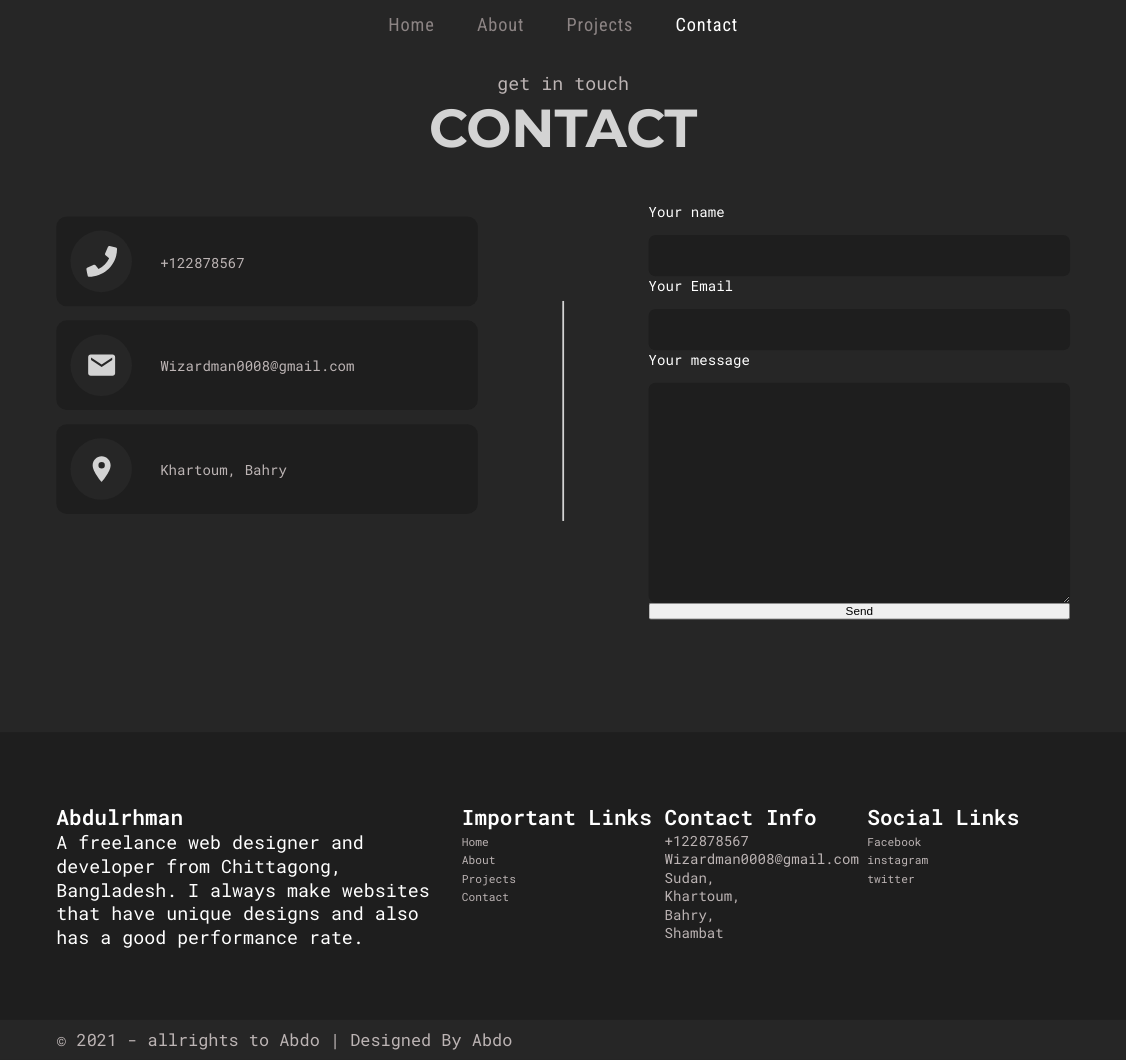
Repository: Abdoulrhman-altyeb/React-Typescript
Page: /contact
An editor plug-in stored every save of this project. The page is shown before and after the next save, followed by the edit.
The browser window is 1280 px wide. The pictures show the whole page, at 88% of full size.
The project was rebuilt for these pictures with package versions that can differ from the ones it lists, and the page was loaded fresh each time. Also part of the build but not shown: src/components/Button.tsx, src/components/ContactButton.tsx, src/components/HeroSection.tsx, src/components/AboutSection.tsx, src/assits/data/Services.ts, src/components/ServiceItems.tsx, src/components/ServicesSection.tsx, src/components/ProjectsSection.tsx and 3 more.

Above is the page before, as saved 2021-05-20 17:57:32.

### public/index.html
<!DOCTYPE html>
<html lang="en">

<head>
  <meta charset="utf-8" />
  <meta name="viewport" content="width=device-width, initial-scale=1" />
  <meta name="theme-color" content="#000000" />
  <meta name="description" content="IT Guys Community" />
  <link rel="preconnect" href="https://fonts.gstatic.com">
  <link href="https://fonts.googleapis.com/css2?family=Roboto:wght@300;400;500;700&display=swap" rel="stylesheet">
  <link rel="preconnect" href="https://fonts.gstatic.com">
<link href="https://fonts.googleapis.com/css2?family=Montserrat:wght@200;300;400;500;700&display=swap" rel="stylesheet">
<link rel="preconnect" href="https://fonts.gstatic.com">
<link href="https://fonts.googleapis.com/css2?family=Roboto+Mono:wght@200;300;400;500;600&display=swap" rel="stylesheet">
<link rel="preconnect" href="https://fonts.gstatic.com">
<link href="https://fonts.googleapis.com/css2?family=Roboto+Condensed:wght@400;700&display=swap" rel="stylesheet">
  <title>App Lab</title>
</head>

<body>
  <noscript>You need to enable JavaScript to run this app.</noscript>
  <div id="root"></div>
</body>

</html>

### src/index.tsx
import ReactDOM from "react-dom";
import App from "./App";
import './assits/styles/style.css'

ReactDOM.render(<App/>,document.getElementById("root"));

### src/App.tsx
import React from "react";
import NavBar from './components/NavBar';
import { BrowserRouter as Router, Route, Switch } from 'react-router-dom'
import Home from "./Pages/Home";
import Contact from "./Pages/Contact";
import About from "./Pages/About";
import Projects from "./Pages/Projects";


const App: React.FC = () => {



  return (
    <>
      <Router>
        <NavBar />
        <Switch>
          <Route  path='/' exact>
            <Home />
          </Route>
          <Route path="/contact">
            <Contact />
          </Route>
          <Route path='/about'>
            <About />
          </Route>
          <Route path='/projects'>
              <Projects/>
          </Route>
        </Switch>
      </Router>
    </>
  )
}

export default App;

### src/assits/styles/style.css
* {
    padding:0;
    margin:0;
    box-sizing:border-box;
    scroll-behavior: auto;
}

body {
    background:#262626;
    color:white;
    font-family: 'Roboto Mono', monospace;
}
::-webkit-scrollbar-track {
    background: #1E1E1E;
}
::-webkit-scrollbar {
    width: 8px;
}
::-webkit-scrollbar-thumb {
    background: #888;
    border-radius: 20px;
}




img,svg{
    width: 100%;
    height:100%;
    object-fit: cover;
}
.container {
    width:90%;
    max-width:1200px;
    margin: 0 auto;
}

.hero__img {
    height:600px;
}
ul {
    list-style: none;
}
p, h1, span,h3,a {
    color:#BCB4B4
}
a {
    text-decoration: none;
    font-size:0.8rem;
}

### src/components/NavBar.tsx
import React,{useState} from 'react';
import styled from 'styled-components';
import { NavLink } from 'react-router-dom';
import { BiMenu, BiX } from 'react-icons/bi';


const NavBar: React.FC = () => {

    const [isActive, setIsActive] = useState<boolean>(false);

    return (
        <NavBarContainer>
            <div className="hamburgerMenu"
                onClick={() => setIsActive(!isActive)}
                role='button'
                tabIndex={0}
                onKeyDown={() => setIsActive(!isActive)}
            >
                <BiMenu/>
            </div>
            <ul className={isActive ? 'ListItems' : 'ListItems hide-items'}>
                <div className='closeMenu'
                    onClick={() => setIsActive(!isActive)}
                    role='button'
                    tabIndex={0}
                    onKeyDown={() => setIsActive(!isActive)}
                >
                    <BiX/>
                </div>
                <li>
                    <NavLink to='/' exact>
                     Home
                    </NavLink>
                </li>
                <li>
                    <NavLink to="/about">
                        About
                    </NavLink>
                </li>
                <li>
                    <NavLink to='projects'>
                        Projects
                    </NavLink>
                </li>
                <li>
                    <NavLink to='contact'>
                        Contact
                    </NavLink>
                </li>
            </ul>
        </NavBarContainer>
    )
}

const NavBarContainer = styled.nav`
    position: fixed;
    z-index:100;
    top:0;
    left:0;
    background-color:#262626;
    font-family: 'Roboto Condensed', sans-serif;
    width:100%;
    ul {
        width:90%;
        max-width:1200px;
        justify-content:center;
        text-align:center;
        margin:0 auto;
        border-radius:12px;
    }
    li {
        display:inline-block;
        cursor:pointer;
    }
    a {
        display:inline-block;
        padding:1rem 1.5rem;
        font-size:1.3rem;
        color:#8c8484;
        letter-spacing: 1px;
        transition:0.3s ease color;
        /* &:hover {
            color:#726f6f;
        } */
    }
    .active {
        color:white;
    }

    .hamburgerMenu {
        font-size:2rem;
        position:absolute;
        top:1rem;
        right:1rem;
        color:white;
        display:none;
        * {
            pointer-events:none;
        }
    }
    .closeMenu{
        display:none;
    }
    @media only screen and (max-width:768px) {
        .hide-items{
            transform: translateY(calc(-100% - 1rem))
        }
        .hamburgerMenu{
            display:block;
        }
        .ListItems {
            width:80%;
            max-width:230px;
            position:absolute;
            top:1rem;
            right:1rem;
            background:#1E1E1E;
            padding:1rem;
            transition: 0.3s ease transform;

            .closeMenu {
                color:white;
                font-size:1.5rem;
                width:1rem;
                margin: 0 0 0 auto;
                cursor: pointer;
                display:block;
                *{
                    pointer-events:none;
                }
            }
        }
        li {
            display:block;
            margin-bottom:1rem;
        }
        a {
            /* padding:1rem; */
            padding:0.2rem;
            outline:none;
        }
    }
`;



export default NavBar;

### src/Pages/Contact.tsx
import React from 'react';
import ContactSection from '../components/ContactSecion';
import FooterSection from '../components/FooterSection';

const Contact: React.FC = () => {
    return (
        <>
            <ContactSection/>
            <FooterSection/>
        </>
    )
}

export default Contact;

### src/components/FooterSection.tsx
import React from 'react';
import styled from 'styled-components';
import PaText from './PaText';
import { Link } from 'react-router-dom';

const FooterSection: React.FC = () => {
    return (
        <>
            <StyledDiv>
                <div className="container">
                    <div className="info">
                        <h2>Abdulrhman</h2>
                        <PaText>
                            A freelance web designer and developer from Chittagong,
                            Bangladesh. I always make websites that have unique designs
                            and also has a good performance rate.
                        </PaText>
                    </div>
                    <div className="pages">
                        <h2>Important Links</h2>
                        <ul>
                            <li>
                                <Link to="/">Home</Link>
                            </li>
                            <li>
                                <Link to="/">About</Link>
                            </li>
                            <li>
                                <Link to="/">Projects</Link>
                            </li>
                            <li>
                                <Link to="/">Contact</Link>
                            </li>
                        </ul>
                    </div>
                    <div className="contact_info">
                        <h2>Contact Info</h2>
                        <ul>
                            <li><p>+122878567</p></li>
                            <li><p>Wizardman0008@gmail.com</p></li>
                            <li><p>Sudan,<br></br>Khartoum,<br></br>Bahry,<br></br>Shambat</p></li>
                        </ul>
                    </div>
                    <div className="social_Links">
                        <h2>Social Links</h2>
                        <ul>
                            <li><a href="https://facebook.com" rel='noreferrer'>Facebook</a></li>
                        </ul>
                        <ul>
                            <li><a href="https://instagram.com" rel='noreferrer'>instagram</a></li>
                        </ul>
                        <ul>
                            <li><a href="https://twitter.com" rel='noreferrer'>twitter</a></li>
                        </ul>
                    </div>
                </div>
            </StyledDiv>
            <StyledCopyright>
                <div className="container">
                    <p>© 2021 - allrights to Abdo  | Designed By Abdo</p>
                </div>
            </StyledCopyright>
        </>

    )
}

const StyledDiv = styled.div`
    background:#1E1E1E;
    padding:5rem 0 ;
    .container{
        display:flex;
    }
    .info{
        flex:2;
    }
    .contact_info,
    .pages,
    .social_Links{
        flex:1;
    }
    @media only screen and (max-width:768px) {
        .container{
            flex-direction:column;
        }
    }
`;
const StyledCopyright = styled.div`
    background:#262626;
    padding:10px 0;
    p{
        font-size:1.2rem;
    }

    @media only screen and (max-width:768px) {
        p{
            font-size:0.9rem;
            width:100%;
        }
    }
`;

export default FooterSection

### src/components/ContactSecion.tsx
import React from 'react';
import styled from 'styled-components';
import SectionsTitle from './SectionsTitle';
import { FaPhone } from 'react-icons/fa';
import { IoMdMail } from 'react-icons/io';
import {MdLocationOn} from 'react-icons/md'

const ContactSection: React.FC = () => {
    return (
        <StyledDiv>
            <div className="container">
                <SectionsTitle title='contact' semiTitle='get in touch' />
                <div className="contact-me">
                    <div className="contact-info">
                        <div className="phone">
                            <div className="icon">
                                <FaPhone/>
                            </div>
                            <span> +122878567</span>
                        </div>
                        <div className="mail">
                            <div className="icon">
                                <IoMdMail/>
                            </div>
                            <span>Wizardman0008@gmail.com</span>
                        </div>
                        <div className="location">
                            <div className="icon">
                                <MdLocationOn/>
                            </div>
                            <span>Khartoum, Bahry</span>
                        </div>
                    </div>
                    <div className="linebetween"></div>
                    <form className='form-contact'>
                        <label htmlFor="name">Your name</label>
                        <input className='name' type="text" id='name' />
                        <label htmlFor="email">Your Email</label>
                        <input type="email" id="email" />
                        <label htmlFor="message">Your message</label>
                        <textarea id="message"></textarea>
                        <button type='submit'>Send</button>
                    </form>
                </div>
            </div>
        </StyledDiv>
    )
}
const StyledDiv = styled.div`
    padding:5rem 0;
    text-align: center;
    .container{
        display: flex;
        flex-direction:column;
    }
    .title{
        p{
            font-size:1.3rem;
        }
        h2{
            font-size:3.8rem;
            margin-top:0;
        }
    }
    .contact-me{
        padding:3rem 0;
        display: flex;
        gap:6rem;
    }
    .contact-info{
        flex:1;
    }
    .phone,
    .mail,
    .location{
        width:100%;
        background:#1E1E1E;
        margin-top:1rem;
        padding:1rem;
        border-radius:12px;
        display: flex;
        align-items: center;
    }
    .icon{
        width:70px;
        height:70px;
        border-radius: 50%;
        display: flex;
        justify-content: center;
        align-items:center;
        margin-right:2rem;
        background:#262626;
    }
    .icon svg{
        width:50%;
        fill: lightgray;
    }
    .linebetween{
        width:2px;
        height:250px;
        background:lightgray;
        align-self:center;
    }

    .form-contact{
        flex:1;
        display: flex;
        flex-direction:column;
        text-align:left;
    }
    .form-contact input, textarea{
        padding:1rem;
        background:#1E1E1E;
        border:none;
        border-radius:8px;
    }
    .form-contact textarea {
        height:250px;
    }
    .form-contact label{
        margin-bottom:1rem;
    }
`;

export default ContactSection;

### src/components/PaText.tsx
import styled from 'styled-components'

const PaText: React.FC = ({children}) => {

    return (
        <TextContainer className='par'>
            {children}
        </TextContainer>
    )
}

const TextContainer = styled.div`
    max-width:500px;
    margin:0 auto;
    line-height:1.3em;
    font-family: 'Roboto Mono', monospace;
    font-size:1.3rem;
    @media only screen and (max-width:768px) {
        font-size:1.1rem;
    }
`;

export default PaText

### src/components/SectionsTitle.tsx
import React from 'react';
import styled from 'styled-components';

const SectionsTitle:React.FC<SectionTitle> = ({title,semiTitle}) => {
    return (
        <StyledSectionTitle className='title'>
            <p>{semiTitle}</p>
            <h2>{title}</h2>
        </StyledSectionTitle>
    )
}

const StyledSectionTitle = styled.div`
    P{
        font-size:1.5rem;
    }
    h2{
        font-size:3.8rem;
        font-family: 'Montserrat', sans-serif;
        text-transform:uppercase;
        margin-top:0.7rem;
        color:lightgray;
    }
    @media only screen and (max-width:768px){
        p{
            font-size:1rem;
        }
        h2{
            font-size:2rem;

        }
    }
`;

export default SectionsTitle;

After the next save:
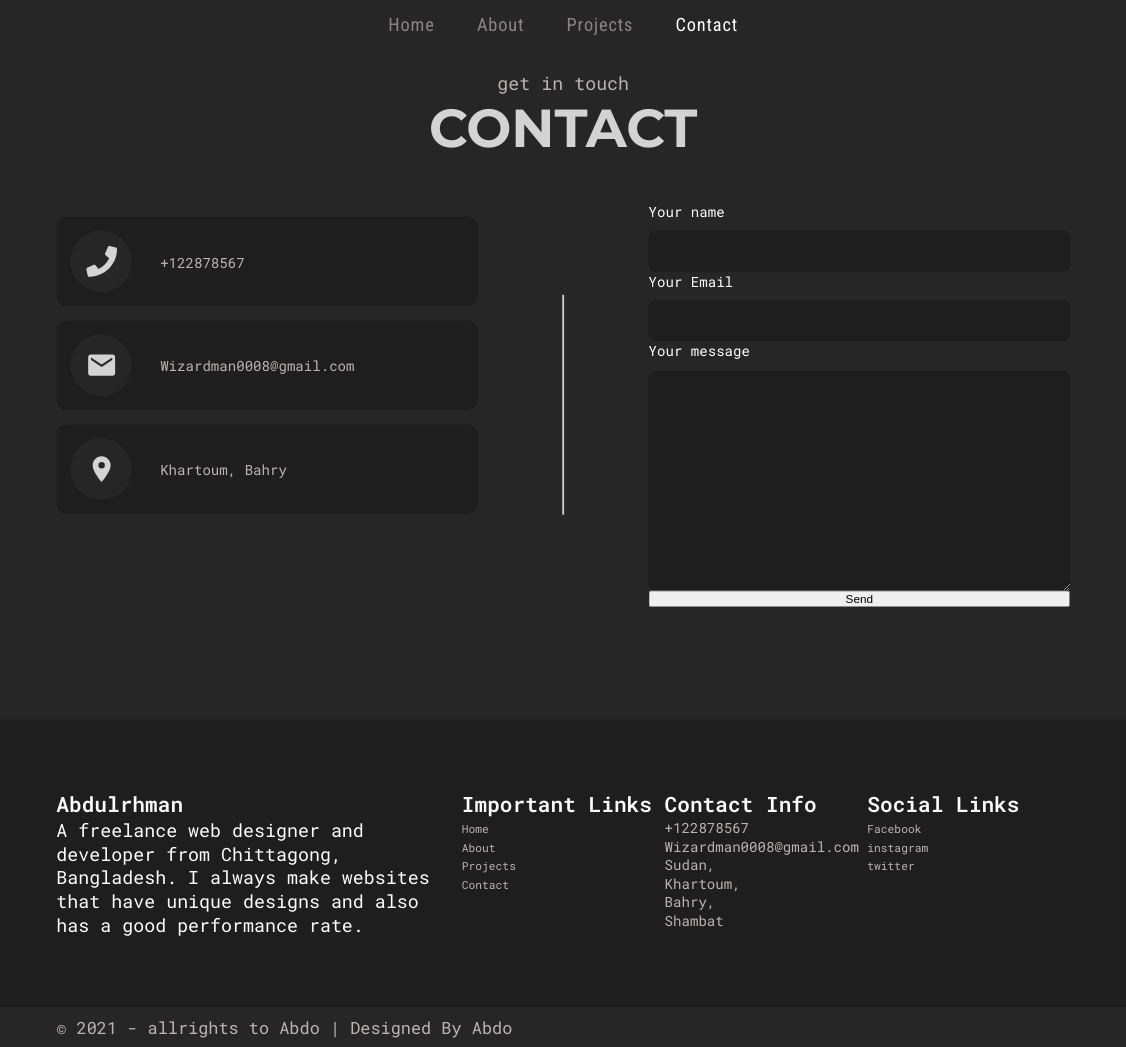
Saved 7 s later.
--- a/src/components/ContactSecion.tsx
+++ b/src/components/ContactSecion.tsx
@@ -118,7 +118,7 @@ const StyledDiv = styled.div`
         height:250px;
     }
     .form-contact label{
-        margin-bottom:1rem;
+        margin-bottom:0.7rem;
     }
 `;
 
